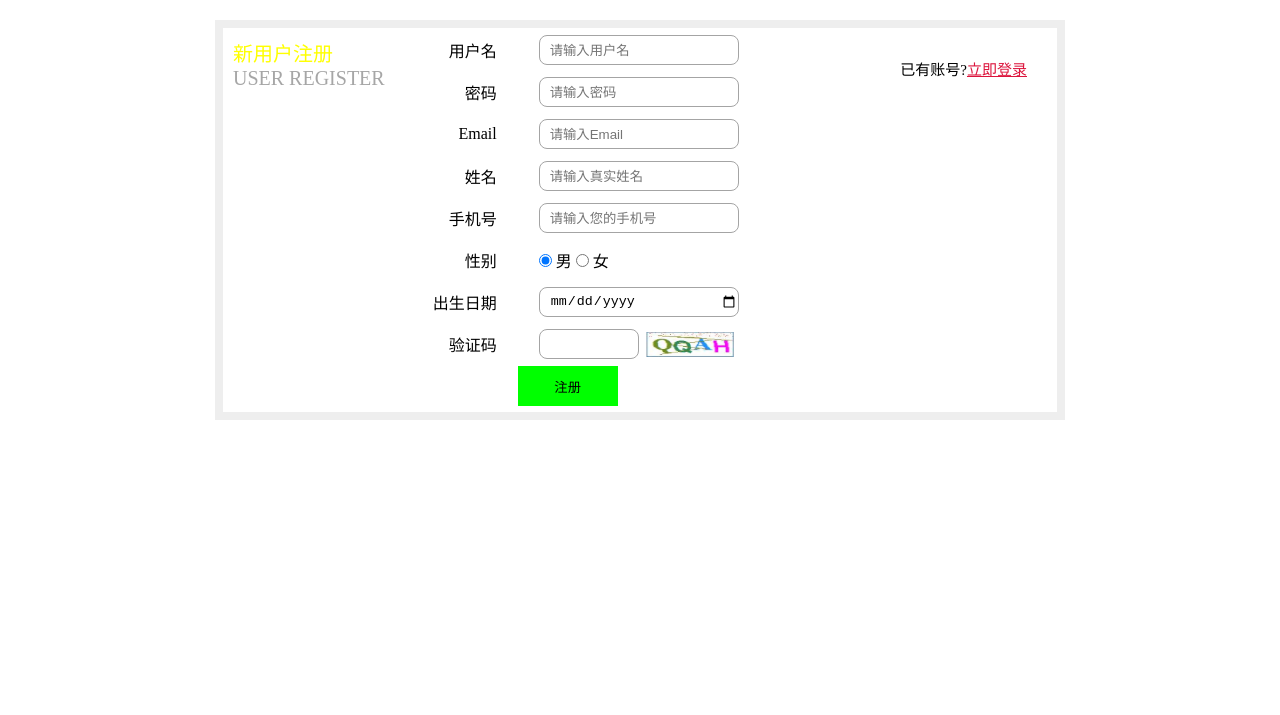
Repository: eheihaha2/whoisthespy-
Page: webDemo/WebContent/register.html
The author's editor kept a copy of each file at every save. The page is drawn from the files as they stood at one save, then again after the next save.
The browser window is 1280 px wide. The pictures show the whole page.

Above is the page before, as saved 2020-02-25 06:45:27.
Not found: webDemo/WebContent/css/imag/9.jpg

### webDemo/WebContent/register.html
<!DOCTYPE html>
<html lang="en">
  <head>
    <meta charset="UTF-8">
    <title>注册页面</title>
    <link rel="stylesheet" href="css/register.css">
  </head>
  <body>

    <div class="reg_back">
        <div class="reg_left">
            <p>新用户注册</p>
            <p>USER REGISTER</p>
        </div>
        <div class="reg_center">
            <div class="reg_form">
                <form action="#" method="post">
                    <table>
                        <tr>
                            <td class="td_left"><label for="username">用户名</label></td>
                            <td class="td_right"><input type="text" name="username" placeholder="请输入用户名"
                                                        id="username"></td>
                        </tr>
                        <tr>
                            <td class="td_left"><label for="password">密码</label></td>
                            <td class="td_right"><input type="password" name="password" placeholder="请输入密码"
                                                        id="password"></td>
                        </tr>
                        <tr>
                            <td class="td_left"><label for="Email">Email</label></td>
                            <td class="td_right"><input type="email" name="email" placeholder="请输入Email" id="Email">
                            </td>
                        </tr>
                        <tr>
                            <td class="td_left"><label for="rename">姓名</label></td>
                            <td class="td_right"><input type="text" name="rename" placeholder="请输入真实姓名" id="rename">
                            </td>
                        </tr>
                        <tr>
                            <td class="td_left"><label for="Telphone">手机号</label></td>
                            <td class="td_right"><input type="text" name="telphone" placeholder="请输入您的手机号"
                                                        id="Telphone"></td>
                        </tr>
                        <tr>
                            <td class="td_left"><label>性别</label></td>
                            <td class="td_right"><input type="radio" name="gender" value="male" checked> 男
                                <input type="radio" name="gender" value="female"> 女
                            </td>
                        </tr>
                        <tr>
                            <td class="td_left"><label for="Birthday">出生日期</label></td>
                            <td class="td_right"><input type="date" name="birthday" id="Birthday"></td>
                        </tr>
                        <tr>
                            <td class="td_left"><label for="checkcode">验证码</label></td>
                            <td class="td_right"><input type="text" name="checkcode" id="checkcode">
                                <img src="imag/10.png" id="img_check"></td>
                                <!-- 10.png为验证码图片 -->
                        </tr>
                        <tr>
                            <td colspan="2" align="center"><input type="submit" value="注册" id="btn_sub"></td>
                        </tr>
                    </table>
                </form>
            </div>
        </div>
        <div class="reg_right">
            <p>已有账号?<a href="#">立即登录</a></p>
        </div>
    </div>
  </body>
</html>

### webDemo/WebContent/css/register.css
* {
margin: 0px;
padding: 0px;
box-sizing: border-box;
}

body {
    background: url("imag/9.jpg") no-repeat center;
    /*设置图片适应整个页面*/
    background-size: 100% 100%;
    background-attachment:fixed;
}

.reg_back {
    /*设置整体的尺寸、背景色、边距等*/
    width: 850px;
    height: 400px;
    border: 8px solid #eeeeee;
    background: white;
    margin: auto;
    margin-top: 20px;
}

.reg_left {
    /*设置左浮动和外边距*/
    float: left;
    margin: 10px;
}

.reg_left > p:first-child {
    /*设置段落（新用户注册）颜色和字体大小*/
    color: yellow;
    font-size: 20px;
}

.reg_left > p:last-child {
    /*设置段落（USER REGISTER）颜色和字体大小*/
    color: #A6A6A6;
    font-size: 20px;
}

.reg_center {
    /*设置中间的各种输入框等*/
    float: left;
    width: 450px;
}

.reg_right {
    /*设置右边段落浮动和外间距*/
    float: right;
    margin: 30px;
}

.reg_right > p:first-child {
    font-size: 15px;
}

.reg_right p a {
    /*设置超链接（立即登录）颜色*/
    color: crimson;
}

.td_left {
    /*设置表单中字体对齐方式和宽度、高度*/
    width: 100px;
    text-align: right;
    height: 40px;
}

.td_right {
    /*设置输入框内边距*/
    padding-left: 40px;
}

#username ,#password,#Email, #rename ,#Telphone,#Birthday,#checkcode{
    /*设置输入框大小和边框*/
    width: 200px;
    height: 30px;
    border: 1px solid #A4A4A4;
    /* 设置边框为圆角 */
    border-radius: 8px;
    padding-left: 10px;
}
#checkcode{
    /*验证码宽度*/
    width: 100px;
}
#img_check{
    /*验证码图片*/
    vertical-align: middle;
    height: 30px;
    width: 95px;
}
#btn_sub{
    /*注册按钮*/
    background: lime;
    width: 100px;
    height: 40px;
    border: 1px solid lime ;
}

After the next save:
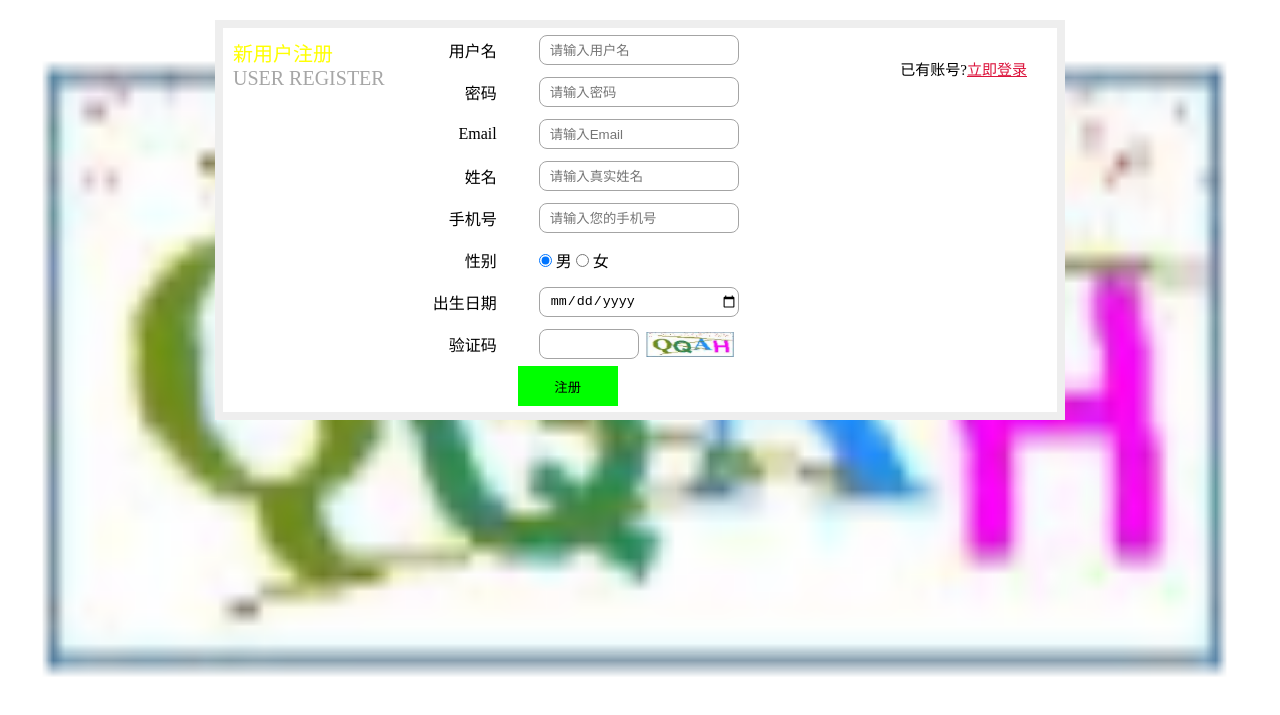
Saved 93 s later.
--- a/webDemo/WebContent/css/register.css
+++ b/webDemo/WebContent/css/register.css
@@ -5,7 +5,7 @@ box-sizing: border-box;
 }
 
 body {
-    background: url("imag/9.jpg") no-repeat center;
+    background: url("imag/10.png") no-repeat center;
     /*设置图片适应整个页面*/
     background-size: 100% 100%;
     background-attachment:fixed;
